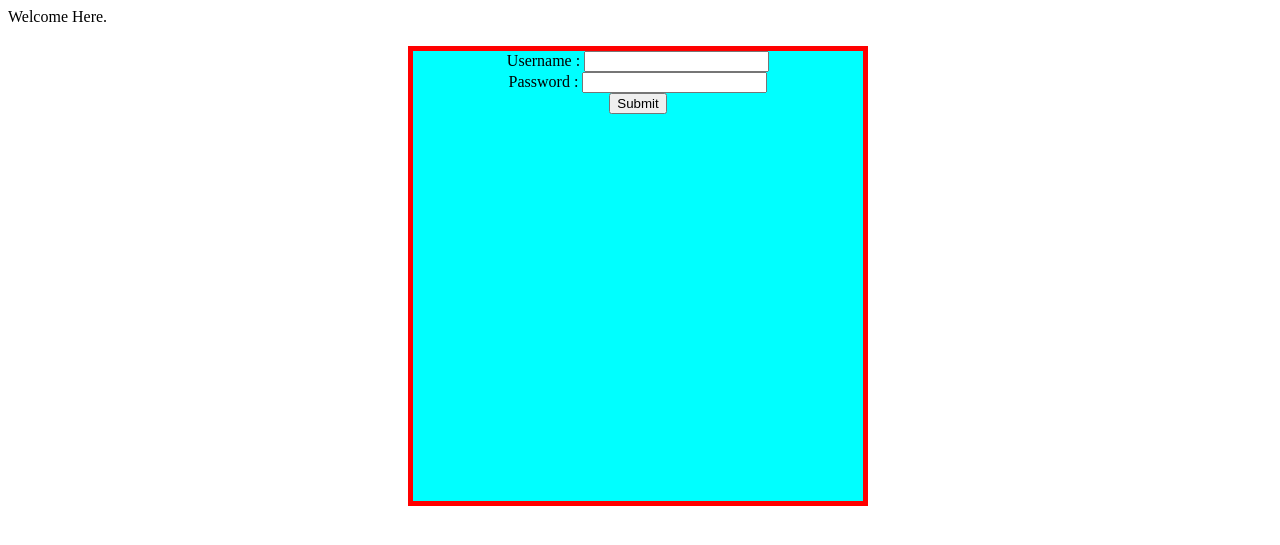
Repository: sunil965/JavaRepo
Page: WebProject/WebContent/index.html
These files come from the project's save history. The page is drawn as it stood at one moment and after the next save; the edit follows.
The browser window is 1280 px wide. The pictures show the whole page.

Above is the page before, as saved 2017-04-26 11:04:32.

After the next save:
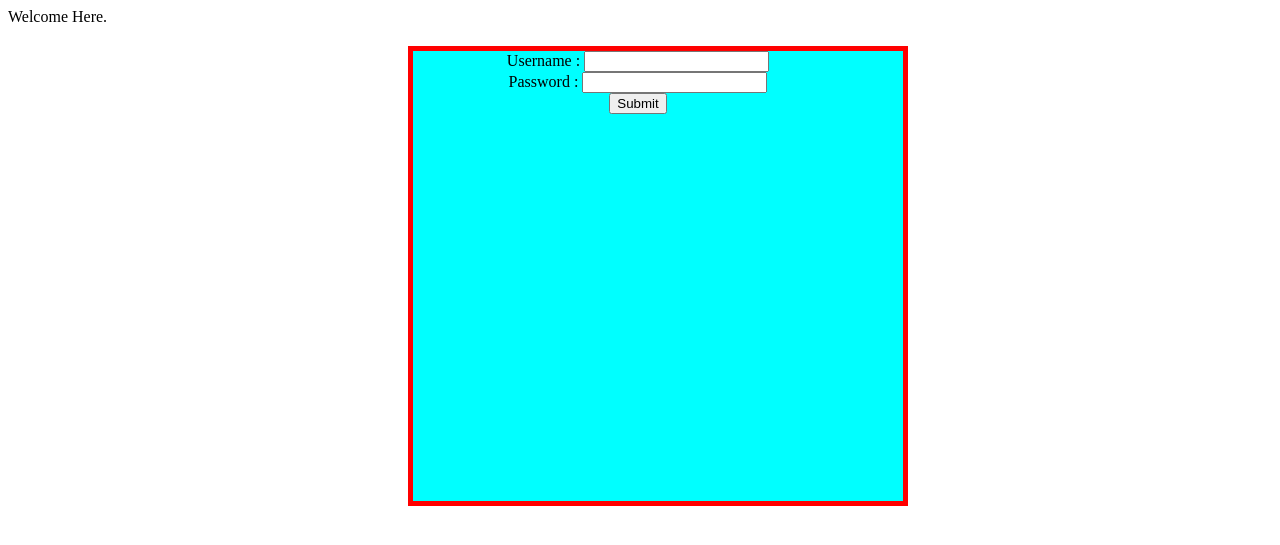
Saved 36 s later.
--- a/WebProject/WebContent/index.html
+++ b/WebProject/WebContent/index.html
@@ -12,6 +12,7 @@
    background-color: cyan;
    margin-left: 400px;
    margin-top: 20px;
+   padding-right: 40px;
 
 
 }
